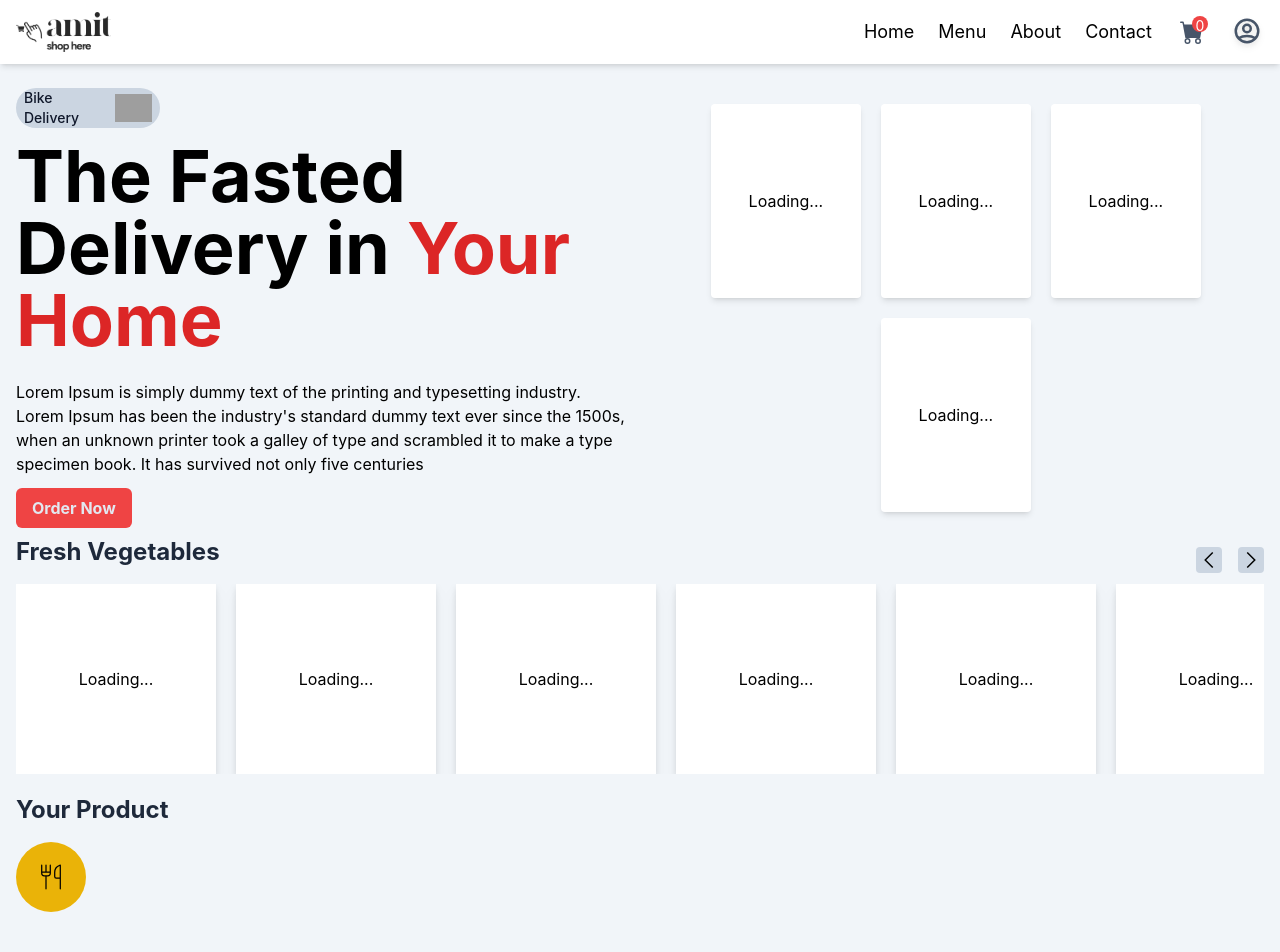
Repository: Lehuyhuynh/Web_ban_hoa_qua
Page: / (app in frontend/)
An editor plug-in stored every save of this project. The page is shown before and after the next save, followed by the edit.
The browser window is 1280 px wide. The pictures show the whole page.
Pictures or frames that could not be fetched are drawn as grey boxes. The page's requests for data from a server got no answer. The project was rebuilt for these pictures with package versions that can differ from the ones it lists, and the page was loaded fresh each time. No one was signed in, and anything a server would have sent is missing. Also part of the build but not shown: frontend/src/page/Menu.js, frontend/src/page/About.js, frontend/src/page/Contact.js, frontend/src/page/login.js, frontend/src/utility/ImagetoBase64.js, frontend/src/page/Newproduct.js, frontend/src/page/Signup.js.

Above is the page before, as saved 2024-01-06 20:56:23.

### frontend/src/index.js
import React from "react";
import ReactDOM from "react-dom/client";
import "./index.css";
import App from "./App";
import reportWebVitals from "./reportWebVitals";
import {
  createBrowserRouter,
  createRoutesFromElements,
  Route,
  RouterProvider,
} from "react-router-dom";

import Home from "./page/Home";
import Menu from "./page/Menu";
import About from "./page/About";
import Contact from "./page/Contact";
import Login from "./page/login";
import NewProduct from "./page/Newproduct";
import Signup from "./page/Signup";
import { store } from "./redux/index";
import { Provider } from "react-redux";

const router = createBrowserRouter(
  createRoutesFromElements(
    <Route path="/" element={<App />}>
      <Route index element={<Home />} />
      <Route path="menu" element={<Menu />} />
      <Route path="about" element={<About />} />
      <Route path="contact" element={<Contact />} />
      <Route path="login" element={<Login />} />
      <Route path="newproduct" element={<NewProduct />} />
      <Route path="signup" element={<Signup />} />
    </Route>
  )
);

const root = ReactDOM.createRoot(document.getElementById("root"));
root.render(
  <Provider store={store}>
    <RouterProvider router={router} />
  </Provider>
);

// If you want to start measuring performance in your app, pass a function
// to log results (for example: reportWebVitals(console.log))
// or send to an analytics endpoint. Learn more: https://bit.ly/CRA-vitals
reportWebVitals();

### frontend/src/App.js
import Header from "./component/Header";
import { Outlet } from "react-router-dom";
import toast, { Toaster } from "react-hot-toast";
import { useEffect } from "react";
import { useDispatch, useSelector } from "react-redux";
import { setDataProduct } from "./redux/productSlide";

function App() {
  const dispatch = useDispatch();
  const productData = useSelector((state) => state.product);

  useEffect(() => {
    (async () => {
      const res = await fetch(`${process.env.REACT_APP_SERVER_DOMIN}/product`);
      const resData = await res.json();
      console.log(1, resData);
      dispatch(setDataProduct(resData));
    })();
  }, []);

  return (
    <>
      <Toaster />
      <div>
        <Header />
        <main className="pt-16 bg-slate-100 min-h-[calc(100vh)]">
          <Outlet />
        </main>
      </div>
    </>
  );
}

export default App;

### frontend/src/page/Home.js
import React, { useEffect, useRef, useState } from "react";
import { useSelector } from "react-redux";
import CardFeature from "../component/CardFeature";
import HomeCard from "../component/HomeCard";
import { GrPrevious, GrNext } from "react-icons/gr";
import FilterProduct from "../component/FilterProduct";
// import AllProduct from "../component/AllProduct";
// import { CiForkAndKnife } from "react-icons/ci";

const Home = () => {
  const productData = useSelector((state) => state.product.productList);
  console.log(productData);
  const homeProductCartList = productData.slice(1, 5);
  const homeProductCartListVegetables = productData.filter(
    (el) => el.category === "vegetable",
    []
  );
  const loadingArray = new Array(4).fill(null);
  const slideProductRef = useRef();
  const loadingArrayFeature = new Array(10).fill(null);

  const nextProduct = () => {
    slideProductRef.current.scrollLeft += 200;
  };
  const preveProduct = () => {
    slideProductRef.current.scrollLeft -= 200;
  };

  return (
    <div className="p-2 md:p-4">
      <div className="md:flex gap-4 py-2">
        <div className="md:w-1/2">
          <div className="flex gap-3 bg-slate-300 w-36 px-2 items-center rounded-full">
            <p className="text-sm font-medium text-slate-900">Bike Delivery</p>
            <img
              src="https://cdn-icons-png.flaticon.com/512/2972/2972185.png"
              className="h-7"
            />
          </div>
          <h2 className="text-4xl md:text-7xl font-bold py-3">
            The Fasted Delivery in{" "}
            <span className="text-red-600 text-">Your Home</span>
          </h2>
          <p className="py-3 text-base ">
            Lorem Ipsum is simply dummy text of the printing and typesetting
            industry. Lorem Ipsum has been the industry's standard dummy text
            ever since the 1500s, when an unknown printer took a galley of type
            and scrambled it to make a type specimen book. It has survived not
            only five centuries
          </p>
          <button className="font-bold bg-red-500 text-slate-200 px-4 py-2 rounded-md">
            Order Now
          </button>
        </div>

        <div className="md:w-1/2 flex flex-wrap gap-5 p-4 justify-center">
          {homeProductCartList[0]
            ? homeProductCartList.map((el) => {
                return (
                  <HomeCard
                    key={el._id}
                    id={el._id}
                    image={el.image}
                    name={el.name}
                    price={el.price}
                    category={el.category}
                  />
                );
              })
            : loadingArray.map((el, index) => {
                return (
                  <HomeCard key={index + "loading"} loading={"Loading..."} />
                );
              })}
        </div>
      </div>

      <div className="">
        <div className="flex w-full items-center">
          <h2 className="font-bold text-2xl text-slate-800 mb-4">
            Fresh Vegetables
          </h2>
          <div className="ml-auto flex gap-4">
            <button
              onClick={preveProduct}
              className="bg-slate-300 hover:bg-slate-400 text-lg  p-1 rounded"
            >
              <GrPrevious />
            </button>
            <button
              onClick={nextProduct}
              className="bg-slate-300 hover:bg-slate-400 text-lg p-1 rounded "
            >
              <GrNext />
            </button>
          </div>
        </div>
        <div
          className="flex gap-5 overflow-scroll scrollbar-none scroll-smooth transition-all"
          ref={slideProductRef}
        >
          {homeProductCartListVegetables[0]
            ? homeProductCartListVegetables.map((el) => {
                return (
                  <CardFeature
                    key={el._id + "vegetable"}
                    id={el._id}
                    name={el.name}
                    category={el.category}
                    price={el.price}
                    image={el.image}
                  />
                );
              })
            : loadingArrayFeature.map((el, index) => (
                <CardFeature loading="Loading..." key={index + "cartLoading"} />
              ))}
        </div>
      </div>
      {/* <AllProduct heading={"Your Product"} /> */}

      <div className=" my-5">
        <h2 className="font-bold text-2xl text-slate-800 mb-4">Your Product</h2>

        <div className=" flex gap-4">
          <FilterProduct />
        </div>
      </div>
    </div>
  );
};

export default Home;

### frontend/src/redux/index.js
import { configureStore } from "@reduxjs/toolkit";
import userSliceReducer from "./userSlice";
import productSlideReducer from "./productSlide";

export const store = configureStore({
  reducer: {
    user: userSliceReducer,
    product: productSlideReducer,
  },
});

### frontend/src/component/Header.js
import React, { useState } from "react";
import { Link } from "react-router-dom";
import logo from "../assest/logo .png";
import { HiOutlineUserCircle } from "react-icons/hi";
import { BsCartFill } from "react-icons/bs";
import { useDispatch, useSelector } from "react-redux";
import { logoutRedux } from "../redux/userSlice";
import { toast } from "react-hot-toast";

const Header = () => {
  const [showMenu, setShowMenu] = useState(false);
  const userData = useSelector((state) => state.user);
  const dispatch = useDispatch();

  const handleShowMenu = () => {
    setShowMenu((preve) => !preve);
  };
  const handleLogout = () => {
    dispatch(logoutRedux());
    toast("Logout successfully");
  };

  const cartItemNumber = useSelector((state) => state.product.cartItem);
  return (
    <header className="fixed shadow-md w-full h-16 px-2 md:px-4 z-50 bg-white">
      {/* desktop */}

      <div className="flex items-center h-full justify-between">
        <Link to={""}>
          <div className="h-10">
            <img src={logo} className="h-full" />
          </div>
        </Link>

        <div className="flex items-center gap-4 md:gap-7">
          <nav className="gap-4 md:gap-6 text-base md:text-lg hidden md:flex">
            <Link to={""}>Home</Link>
            <Link to={"menu/63f0fdbb3bcc2f97fa53d25d"}>Menu</Link>
            <Link to={"about"}>About</Link>
            <Link to={"contact"}>Contact</Link>
          </nav>
          <div className="text-2xl text-slate-600 relative">
            <Link to={"cart"}>
              <BsCartFill />
              <div className="absolute -top-1 -right-1 text-white bg-red-500 h-4 w-4 rounded-full m-0 p-0 text-sm text-center ">
                {cartItemNumber.length}
              </div>
            </Link>
          </div>
          <div className=" text-slate-600" onClick={handleShowMenu}>
            <div className="text-3xl cursor-pointer w-8 h-8 rounded-full overflow-hidden drop-shadow-md">
              {userData.image ? (
                <img src={userData.image} className="h-full w-full" />
              ) : (
                <HiOutlineUserCircle />
              )}
            </div>
            {showMenu && (
              <div className="absolute right-2 bg-white py-2  shadow drop-shadow-md flex flex-col min-w-[120px] text-center">
                {userData.email === process.env.REACT_APP_ADMIN_EMAIL && (
                  <Link
                    to={"newproduct"}
                    className="whitespace-nowrap cursor-pointer px-2"
                  >
                    New product
                  </Link>
                )}

                {userData.image ? (
                  <p
                    className="cursor-pointer text-white px-2 bg-red-500"
                    onClick={handleLogout}
                  >
                    Logout ({userData.firstName}){" "}
                  </p>
                ) : (
                  <Link
                    to={"login"}
                    className="whitespace-nowrap cursor-pointer px-2"
                  >
                    Login
                  </Link>
                )}
                <nav className="text-base md:text-lg flex flex-col md:hidden">
                  <Link to={""} className="px-2 py-1">
                    Home
                  </Link>
                  <Link
                    to={"menu/63f0fdbb3bcc2f97fa53d25d"}
                    className="px-2 py-1"
                  >
                    Menu
                  </Link>
                  <Link to={"about"} className="px-2 py-1">
                    About
                  </Link>
                  <Link to={"contact"} className="px-2 py-1">
                    Contact
                  </Link>
                </nav>
              </div>
            )}
          </div>
        </div>
      </div>

      {/* mobile */}
    </header>
  );
};

export default Header;

### frontend/src/redux/productSlide.js
import { createSlice } from "@reduxjs/toolkit";
import { toast } from "react-hot-toast";

const initialState = {
  productList: [],
  cartItem: [],
};

export const productSlice = createSlice({
  name: "product",
  initialState,
  reducers: {
    setDataProduct: (state, action) => {
      console.log(action);
      state.productList = [...action.payload];
    },
    // addCartItem: (state, action) => {
    //   const check = state.cartItem.some((el) => el._id === action.payload._id);
    //   if (check) {
    //     toast("Already Item in Cart");
    //   } else {
    //     toast("Item Add successfully");
    //     const total = action.payload.price;
    //     state.cartItem = [
    //       ...state.cartItem,
    //       { ...action.payload, qty: 1, total: total },
    //     ];
    //   }
    // },
    // deleteCartItem: (state, action) => {
    //   toast("one Item Delete");
    //   const index = state.cartItem.findIndex((el) => el._id === action.payload);
    //   state.cartItem.splice(index, 1);
    //   console.log(index);
    // },
    // increaseQty: (state, action) => {
    //   const index = state.cartItem.findIndex((el) => el._id === action.payload);
    //   let qty = state.cartItem[index].qty;
    //   const qtyInc = ++qty;
    //   state.cartItem[index].qty = qtyInc;

    //   const price = state.cartItem[index].price;
    //   const total = price * qtyInc;

    //   state.cartItem[index].total = total;
    // },
    // decreaseQty: (state, action) => {
    //   const index = state.cartItem.findIndex((el) => el._id === action.payload);
    //   let qty = state.cartItem[index].qty;
    //   if (qty > 1) {
    //     const qtyDec = ++qty;
    //     state.cartItem[index].qty = qtyDec;

    //     const price = state.cartItem[index].price;
    //     const total = price * qtyDec;

    //     state.cartItem[index].total = total;
    //   }
    // },
  },
});

export const {
  setDataProduct,
  // addCartItem,
  // deleteCartItem,
  // increaseQty,
  // decreaseQty,
} = productSlice.actions;

export default productSlice.reducer;

### frontend/src/component/CardFeature.js
import React from "react";
import { useDispatch } from "react-redux";
import { Link } from "react-router-dom";
// import { addCartItem, increaseQty } from "../redux/productSlide";

const CardFeature = ({ image, name, price, category, loading, id }) => {
  const dispatch = useDispatch();

  const handleAddCartProduct = (e) => {
    // dispatch(
    //   addCartItem({
    //     _id: id,
    //     name: name,
    //     price: price,
    //     category: category,
    //     image: image,
    //   })
    // );
  };

  return (
    <div className="w-full min-w-[200px] max-w-[200px] bg-white hover:shadow-lg drop-shadow-lg py-5 px-4 cursor-pointer flex flex-col ">
      {" "}
      {image ? (
        <>
          <Link
            to={`/menu/${id}`}
            onClick={() => window.scrollTo({ top: "0", behavior: "smooth" })}
          >
            <div className="h-28 flex flex-col justify-center items-center">
              <img src={image} className="h-full" />
            </div>
            <h3 className="font-semibold text-slate-600  capitalize text-lg mt-4 whitespace-nowrap overflow-hidden">
              {name}
            </h3>
            <p className=" text-slate-500  font-medium">{category}</p>
            <p className=" font-bold">
              <span>{price}</span>
              <span className="text-red-500">đ</span>
            </p>
          </Link>
          <button
            className="bg-yellow-500 py-1 mt-2 rounded hover:bg-yellow-600 w-full"
            onClick={handleAddCartProduct}
          >
            Add Cart
          </button>
        </>
      ) : (
        <div className="min-h-[150px] flex justify-center items-center">
          <p>{loading}</p>
        </div>
      )}
    </div>
  );
};

export default CardFeature;

### frontend/src/component/HomeCard.js
import React from "react";
import { Link } from "react-router-dom";

const HomeCard = ({ name, image, category, price, loading, id }) => {
  return (
    <div className="bg-white shadow-md p-2 rounded min-w-[150px]">
      {name ? (
        <>
          <Link
            to={`/menu/${id}`}
            onClick={() => window.scrollTo({ top: "0", behavior: "smooth" })}
          >
            <div className="w-40 min-h-[150px]">
              <img src={image} className="h-full w-full" />
            </div>
            <h3 className="font-semibold text-slate-600 text-center capitalize text-lg">
              {name}
            </h3>
            <p className="text-center text-slate-500  font-medium">
              {category}
            </p>
            <p className="text-center font-bold">
              {/* <span className="text-red-500">đ</span> */}
              <span>{price}</span>
              <span className="text-red-500">đ</span>
            </p>
          </Link>
        </>
      ) : (
        <div className="flex justify-center items-center h-full">
          <p>{loading}</p>
        </div>
      )}
    </div>
  );
};

export default HomeCard;

### frontend/src/component/FilterProduct.js
import React from "react";
import { CiForkAndKnife } from "react-icons/ci";

const FilterProduct = ({ category, onClick, isActive }) => {
  return (
    <div onClick={onClick}>
      <div
        className={`text-3xl p-5  rounded-full cursor-pointer ${
          isActive ? "bg-red-600 text-white" : "bg-yellow-500"
        }`}
      >
        <CiForkAndKnife />
      </div>
      <p className="text-center font-medium my-1 capitalize">{category}</p>
    </div>
  );
};

export default FilterProduct;

### frontend/src/redux/userSlice.js
import { createSlice } from "@reduxjs/toolkit";

const initialState = {
  email: "",
  firstName: "",
  image: "",
  lastName: "",
  _id: "",
};

export const userSlice = createSlice({
  name: "user",
  initialState,
  reducers: {
    loginRedux: (state, action) => {
      console.log(action.payload.data);
      console.log(action);
      // state.user = action.payload.data;
      state._id = action.payload.data._id;
      state.firstName = action.payload.data.firstName;
      state.lastName = action.payload.data.lastName;
      state.email = action.payload.data.email;
      state.image = action.payload.data.image;
    },
    logoutRedux: (state, action) => {
      state._id = "";
      state.firstName = "";
      state.lastName = "";
      state.email = "";
      state.image = "";
    },
  },
});

export const { loginRedux, logoutRedux } = userSlice.actions;

export default userSlice.reducer;

### frontend/tailwind.config.js
/** @type {import('tailwindcss').Config} */
module.exports = {
  content: ["./src/**/*.{html,js}"],
  theme: {
    extend: {},
  },
  plugins: [
    // ...
    require("tailwind-scrollbar")({ nocompatible: true }),
  ],
};

Loaded but not shown: frontend/public/index.html (common file); frontend/src/index.css (common file); frontend/src/reportWebVitals.js (common file)

After the next save:
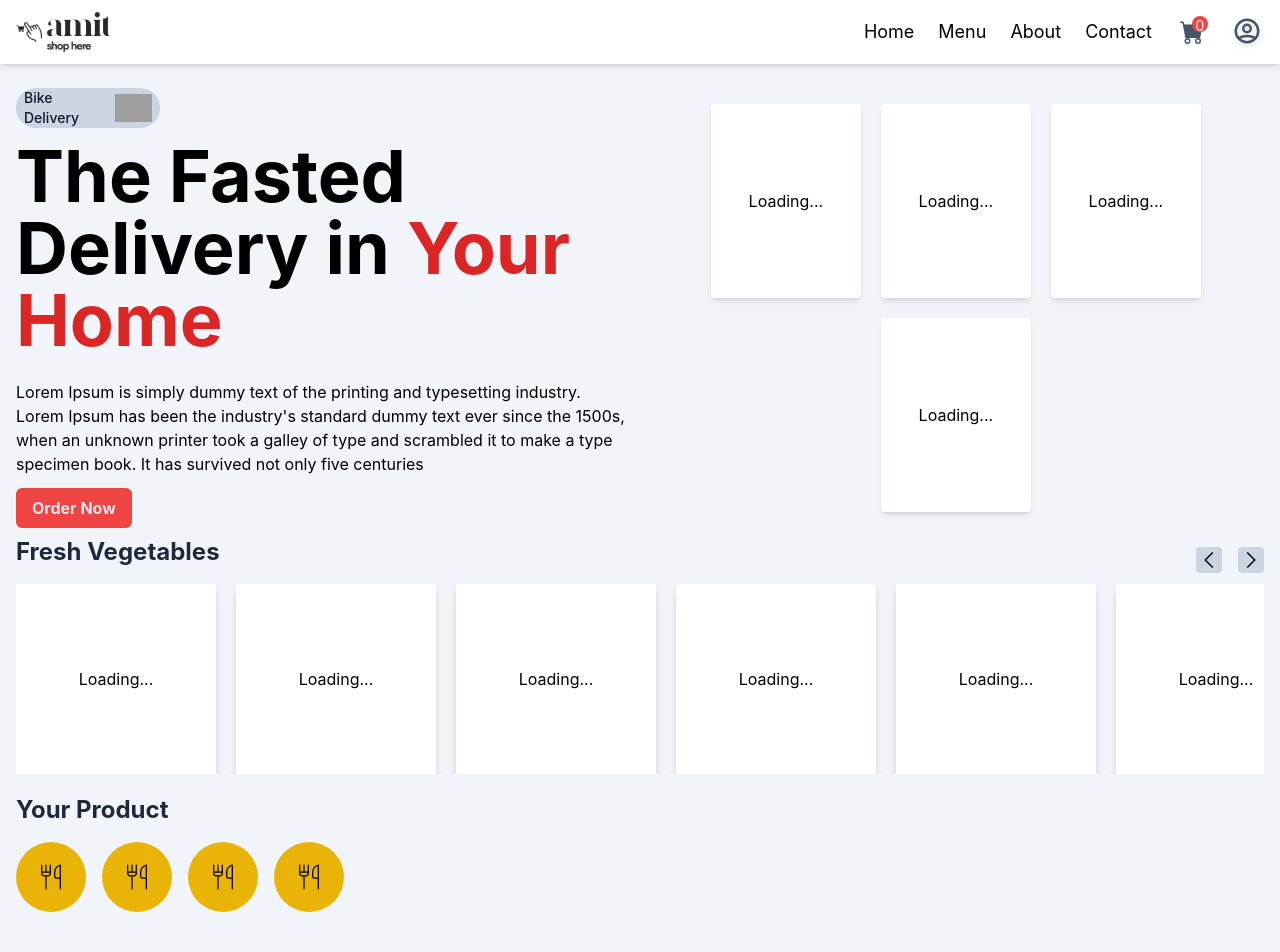
Saved 16 s later.
--- a/frontend/src/page/Home.js
+++ b/frontend/src/page/Home.js
@@ -124,6 +124,9 @@ const Home = () => {
 
         <div className=" flex gap-4">
           <FilterProduct />
+          <FilterProduct />
+          <FilterProduct />
+          <FilterProduct />
         </div>
       </div>
     </div>
